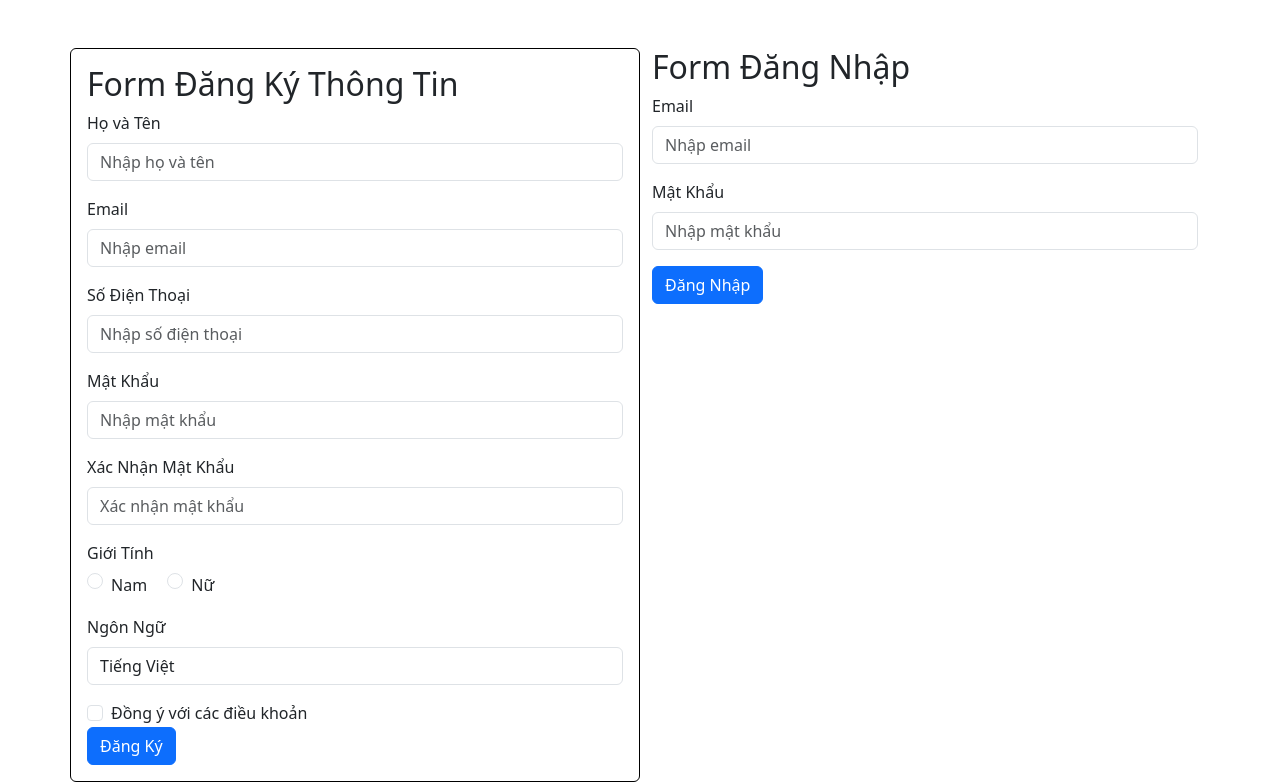
Repository: KizukoHeiwa/SOF308
Page: Lab2/bai2.html
These files come from the project's save history. The page is drawn as it stood at one moment and after the next save; the edit follows.
The browser window is 1280 px wide. The pictures show the whole page.

Above is the page before, as saved 2024-11-07 10:15:00.

After the next save:
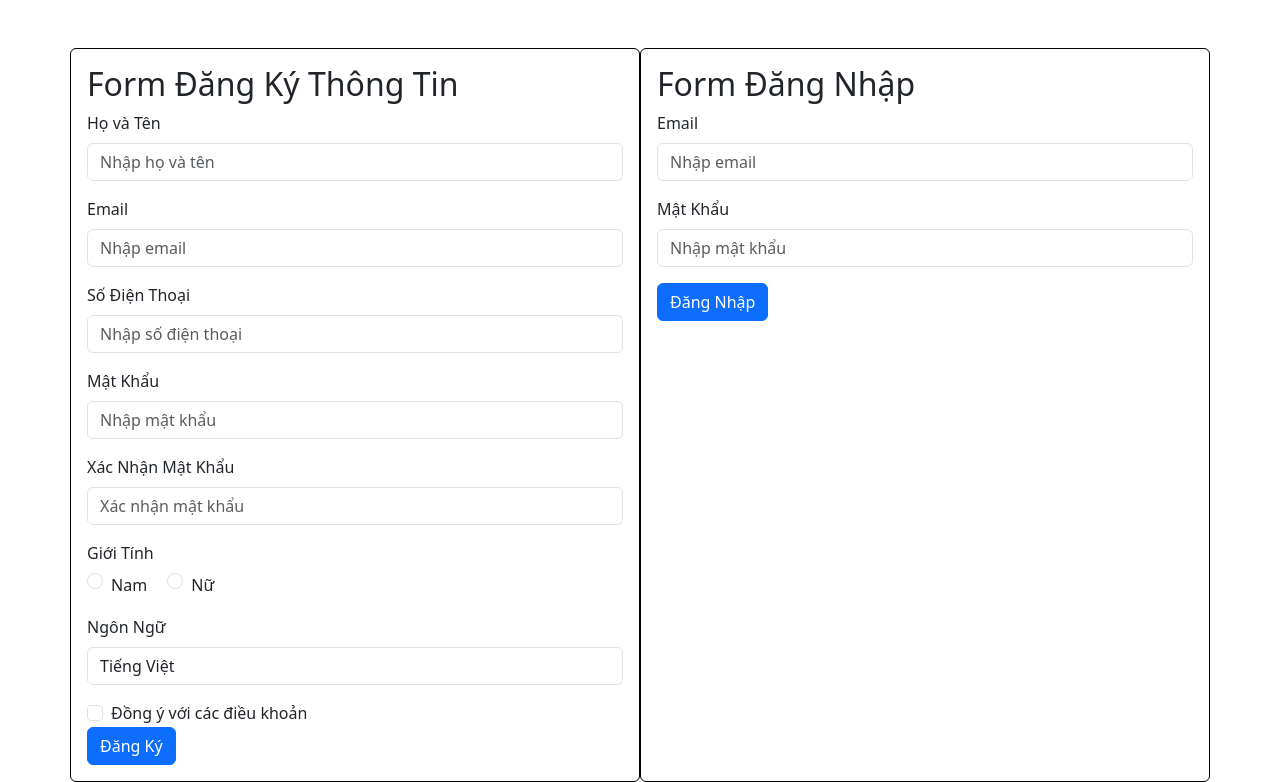
Saved 10 s later.
--- a/Lab2/bai2.html
+++ b/Lab2/bai2.html
@@ -66,7 +66,7 @@
             </div>
 
             <!-- Đăng nhập -->
-            <div class="col-md-6">
+            <div class="col-md-6 border border-black rounded p-3">
                 <h2>Form Đăng Nhập</h2>
                 <form>
                     <div class="form-group">
